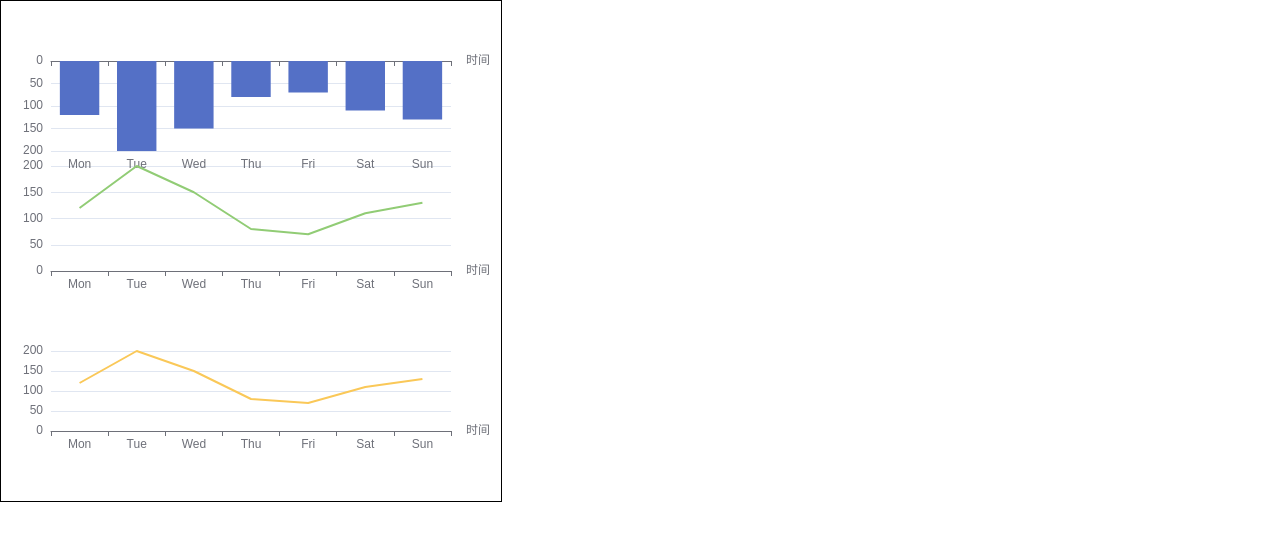
Repository: LeP-Ton/curve
Page: /
These files come from the project's save history. The page is drawn as it stood at one moment and after the next save; the edit follows.
The browser window is 1280 px wide. The pictures show the whole page.
The project was rebuilt for these pictures with package versions that can differ from the ones it lists, and the page was loaded fresh each time.

Above is the page before, as saved 2022-08-18 20:24:10.

### src/index.js
import React from "react";
import ReactDOM from "react-dom/client";
import "./index.css";
import Echart from "./Echart";
import reportWebVitals from "./reportWebVitals";

const root = ReactDOM.createRoot(document.getElementById("root"));
const option = {
  tooltip: {
    trigger: "axis",
    // formatter:function(params){
    //   console.log("---",params[0]);
    //   return(`${params[0].axisId}:${params[0].axisValue} ${params[0].seriesName}:${params[0].value}`)
    // }
  },
  xAxis: [
    {
      name: "时间",
      type: "category",
      data: ["Mon", "Tue", "Wed", "Thu", "Fri", "Sat", "Sun"],
    },
    {
      name: "时间",
      type: "category",
      data: ["Mon", "Tue", "Wed", "Thu", "Fri", "Sat", "Sun"],
      gridIndex: 1
    },
    {
      name: "时间",
      type: "category",
      data: ["Mon", "Tue", "Wed", "Thu", "Fri", "Sat", "Sun"],
      gridIndex: 2
    },
  ],
  yAxis: [
    {
      type: "value",
      inverse: true,
    },
    {
      gridIndex: 1
    },
    {
      gridIndex: 2
    }

  ],
  grid: [
    {
      bottom: '70%'
    },
    {
      top: '33%',
      bottom:'46%'
    },
    {
      top: '70%',
    }
  ],
  series: [
    {
      name: "温度",
      data: [120, 200, 150, 80, 70, 110, 130],
      type: "bar",
    },
    {
      name: "宽度",
      type: "line",
      showSymbol: false,
      data: [120, 200, 150, 80, 70, 110, 130],
      xAxisIndex: 1,
      yAxisIndex: 1,
    },
    {
      name: "长度",
      type: "line",
      showSymbol: false,
      data: [120, 200, 150, 80, 70, 110, 130],
      xAxisIndex: 2,
      yAxisIndex: 2,
    }
  ],
};
root.render(
  <React.StrictMode>
    <Echart options={option} style={{width:'500px', height: "500px" ,border: '1px solid'}} />
  </React.StrictMode>
);

// If you want to start measuring performance in your app, pass a function
// to log results (for example: reportWebVitals(console.log))
// or send to an analytics endpoint. Learn more: https://bit.ly/CRA-vitals
reportWebVitals();

### src/Echart.js
import React, {
  useEffect,
  useRef,
  useState
} from 'react';
import * as echarts from 'echarts';

const Echart = props => {
  const { options, style } = props;
  const chartRef = useRef();
  const [myChart, setMyChart] = useState(null);

  const resizeEcharts = () => {
    myChart.resize();
  };

  useEffect(() => {
    setMyChart(echarts.init(chartRef.current));
  }, []);

  useEffect(() => {
    if (myChart) {
      window.addEventListener('resize', resizeEcharts);
      return () => {
        window.removeEventListener('resize', resizeEcharts);
        myChart.dispose();
        setMyChart(null);
      };
    }
  }, [myChart]);

  useEffect(() => {
    myChart && myChart.setOption(options);
  }, [myChart, options]);

  return <div ref={chartRef} className="default-charts" style={style} />;
};

export default Echart;

Loaded but not shown: public/index.html (common file); src/index.css (common file); src/reportWebVitals.js (common file)

After the next save:
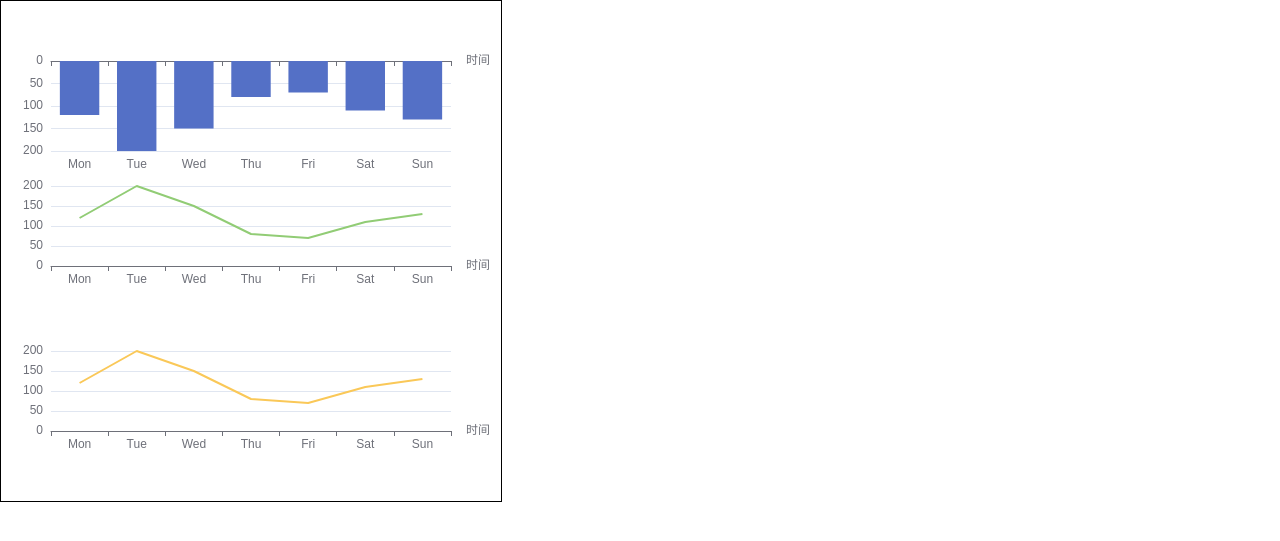
Saved 11 s later.
--- a/src/index.js
+++ b/src/index.js
@@ -50,8 +50,8 @@ const option = {
       bottom: '70%'
     },
     {
-      top: '33%',
-      bottom:'46%'
+      top: '37%',
+      bottom:'47%'
     },
     {
       top: '70%',
